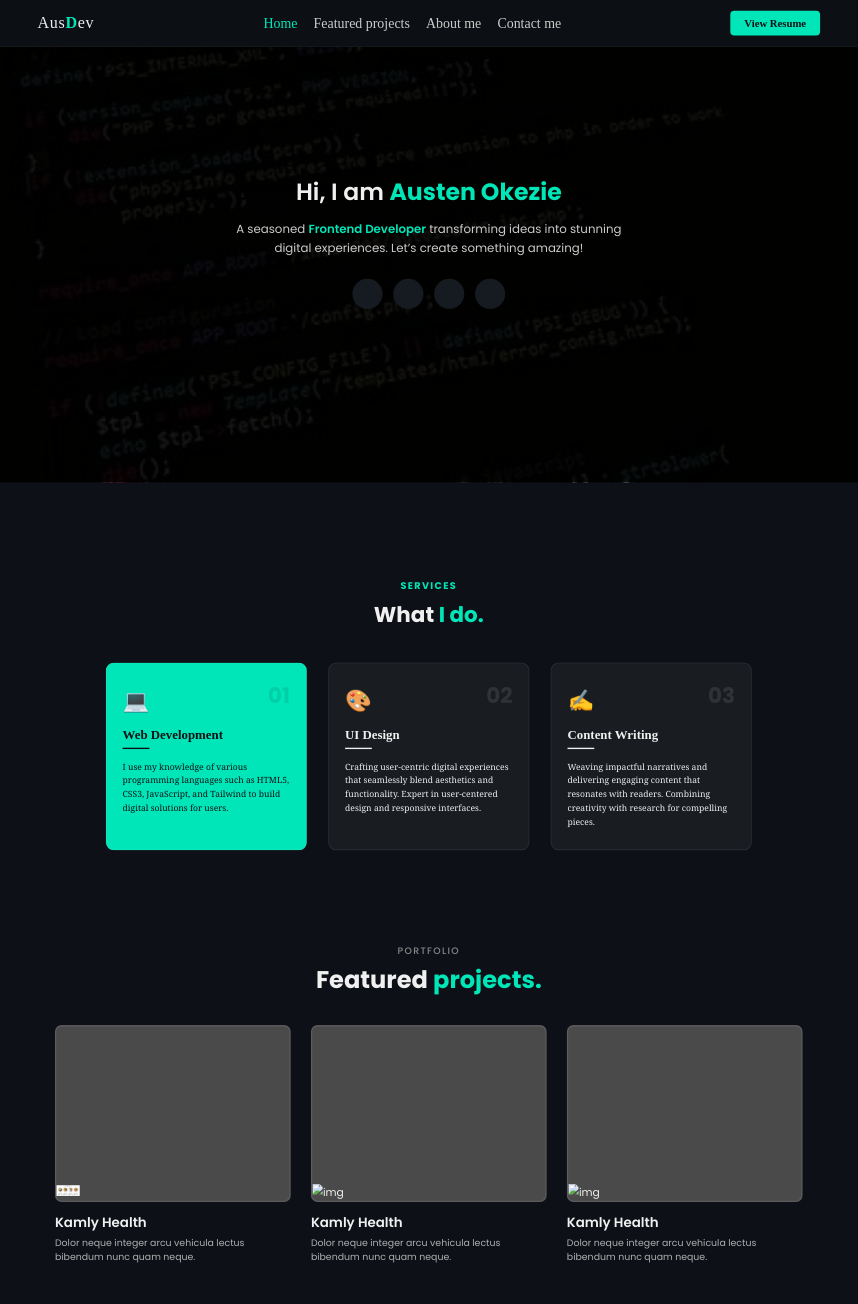
Repository: Austinokezie/Myportfolio
Page: index.html
These files come from the project's save history. The page is drawn as it stood at one moment and after the next save; the edit follows.
The browser window is 1280 px wide. The pictures show the whole page, at 67% of full size.
Some web fonts or font styles are not loaded; a fallback is used.

Above is the page before, as saved 2025-10-14 14:47:01.

After the next save:
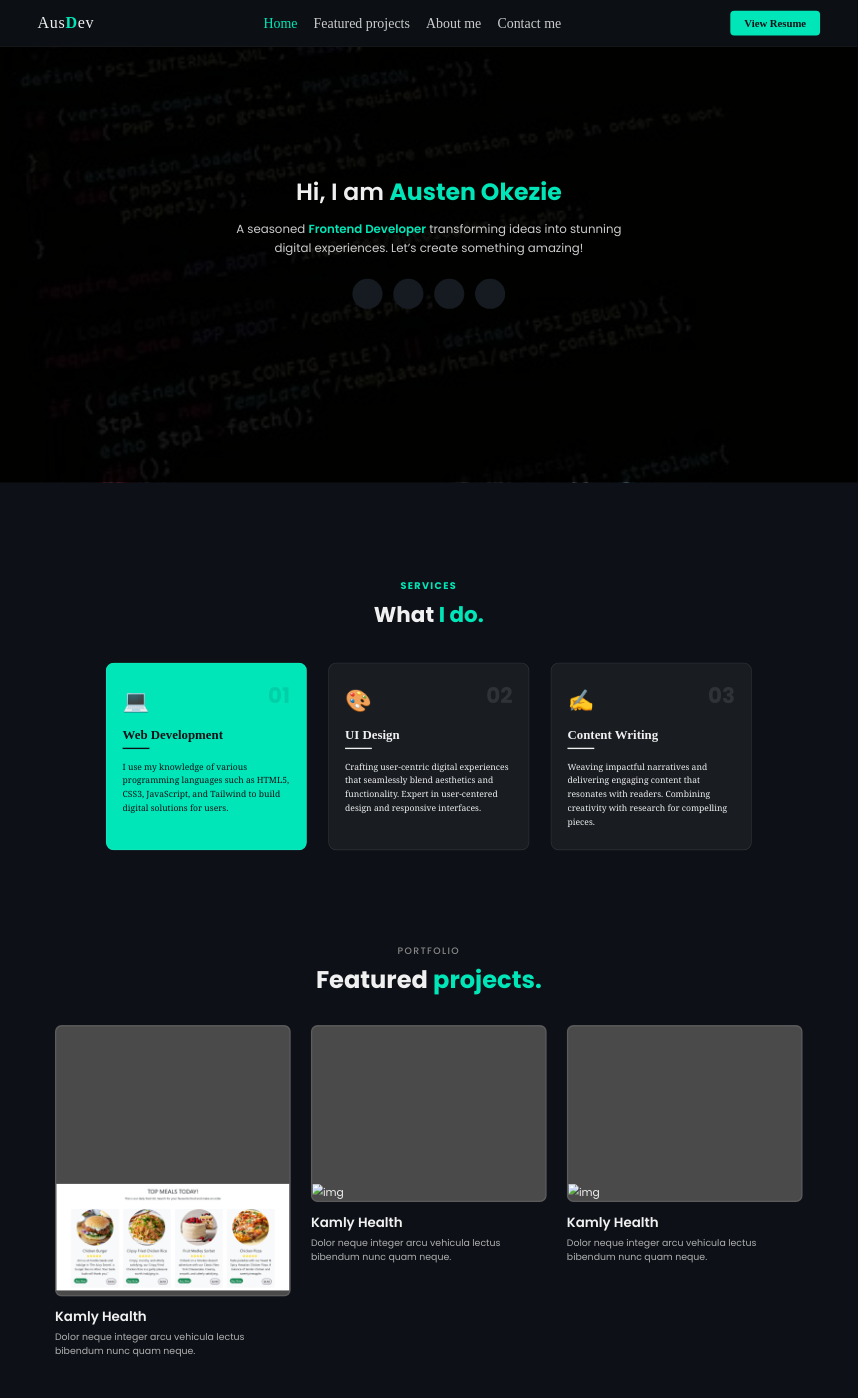
Saved 28 s later.
--- a/style.css
+++ b/style.css
@@ -453,8 +453,8 @@
     border: 2px solid rgba(255, 255, 255, 0.1);
 }
 .project-image-placeholder img{
-    width: 10%;
-    height: 10%;
+    width: 100%;
+    height: 100%;
 }
 
 /* Text within the Card */

After the 3 saves that followed:
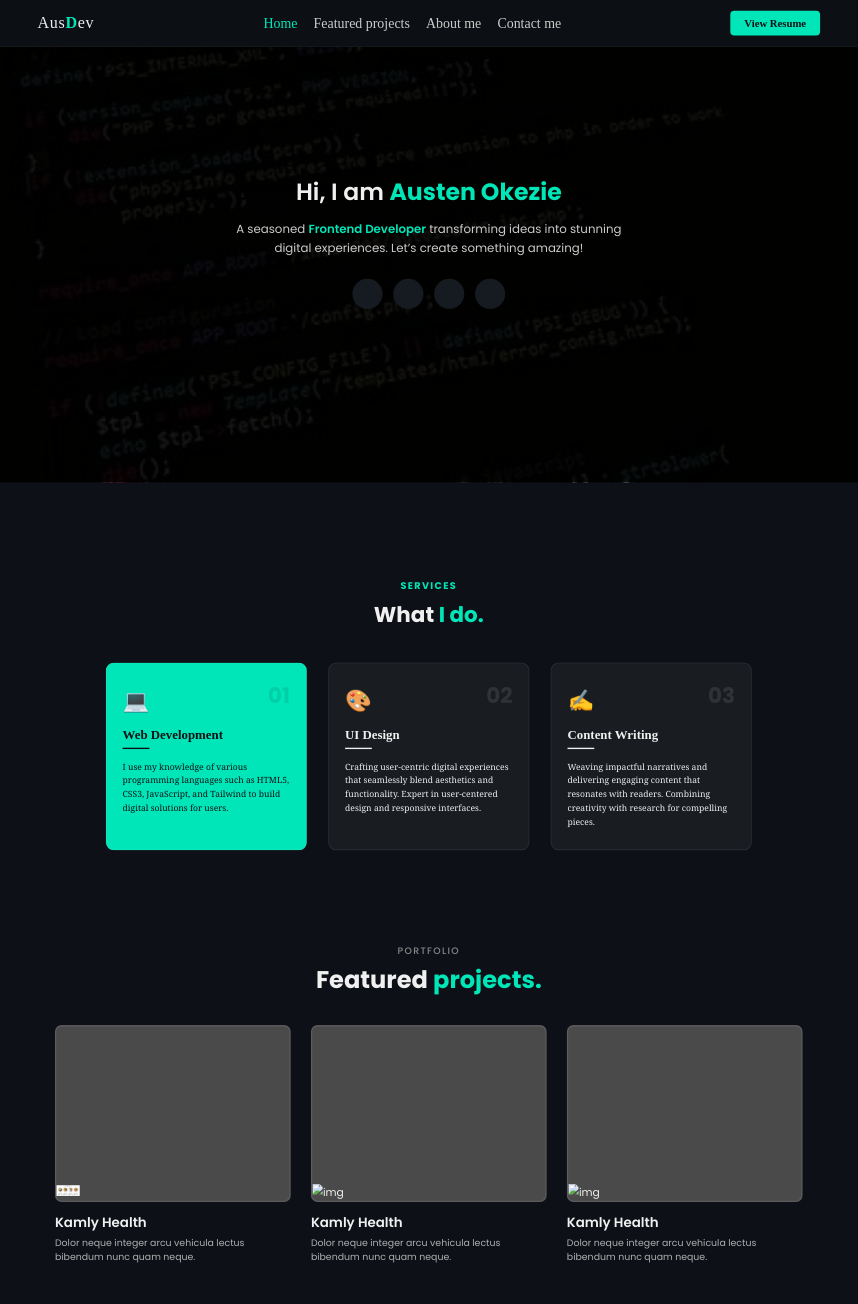
The 3 saves are shown as one change because 2 left the picture as it was.
The last was saved 46 s later.
--- a/style.css
+++ b/style.css
@@ -453,8 +453,8 @@
     border: 2px solid rgba(255, 255, 255, 0.1);
 }
 .project-image-placeholder img{
-    width: 100%;
-    height: 100%;
+    width: 10%;
+    height:;
 }
 
 /* Text within the Card */
